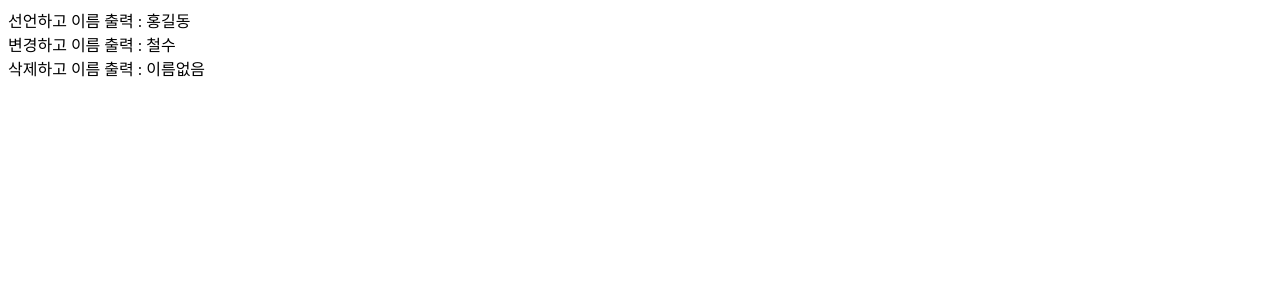
Repository: Hyuk-II/2-2
Page: http://localhost/11주차_실습/test1.jsp
An editor plug-in stored every save of this project. The page is shown before and after the next save, followed by the edit.
The browser window is 1280 px wide. The pictures show the whole page.
The page is served by Tomcat 9.

Above is the page before, as saved 2024-12-12 03:05:43.

After the next save:
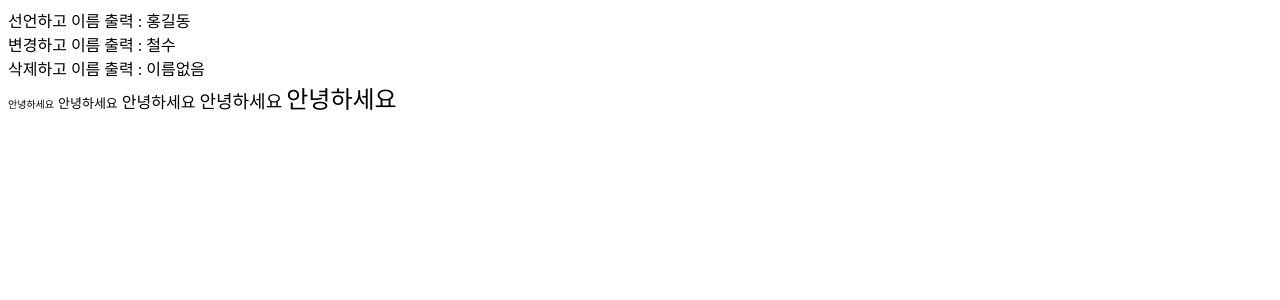
Saved 17 s later.
--- a/웹 프로그래밍/11주차 실습/src/main/webapp/test1.jsp
+++ b/웹 프로그래밍/11주차 실습/src/main/webapp/test1.jsp
@@ -18,7 +18,7 @@
 	삭제하고 이름 출력 : <c:out value="${name}" default="이름없음"/><br/>
 
 	<c:forEach var="x" begin="1" end="5">
-		<font size="${x}"></font>
+		<font size="${x}">안녕하세요</font>
 	</c:forEach>
 
 </body>
